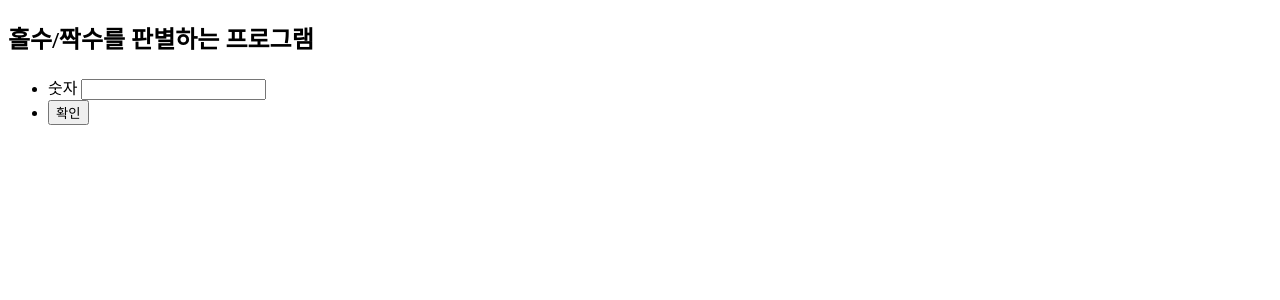
Repository: Kongnamu/JSPworks
Page: http://localhost/jwbook/request/even_odd.jsp
These files come from the project's save history. The page is drawn as it stood at one moment and after the next save; the edit follows.
The browser window is 1280 px wide. The pictures show the whole page.
The page is served by Tomcat 9.

Above is the page before, as saved 2023-11-21 06:05:30.

After the next save:
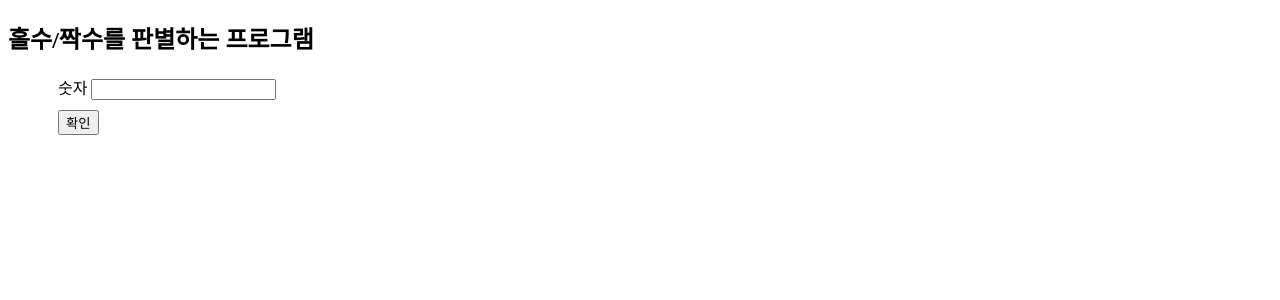
Saved 20 s later.
--- a/jwbook/src/main/webapp/request/even_odd.jsp
+++ b/jwbook/src/main/webapp/request/even_odd.jsp
@@ -5,6 +5,9 @@
 <head>
 <meta charset="UTF-8">
 <title>Insert title here</title>
+<style type="text/css">
+	ul li{list-style: none; margin: 10px;}
+</style>
 </head>
 <body>
 	<form action="calcProcess.jsp" method="post">
